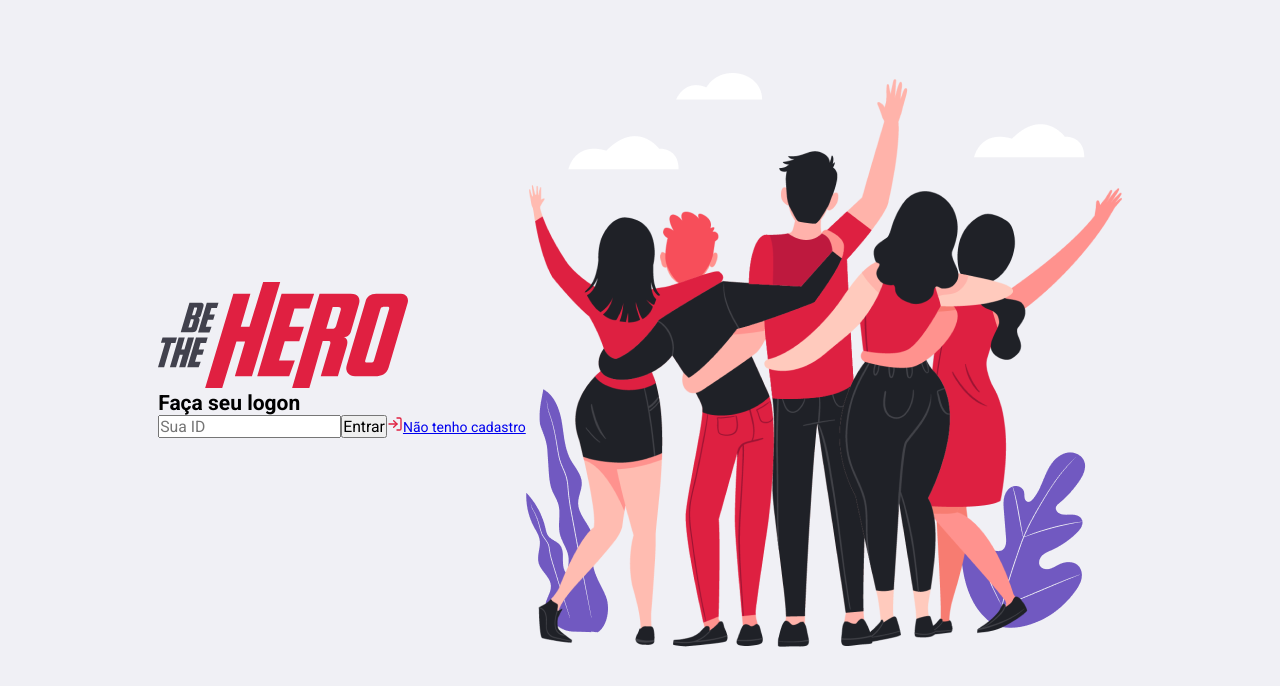
Repository: lucas-silva-dev/be-the-hero
Page: / (app in frontend/)
The author's editor kept a copy of each file at every save. The page is drawn from the files as they stood at one save, then again after the next save.
The browser window is 1280 px wide. The pictures show the whole page.
The project was rebuilt for these pictures with package versions that can differ from the ones it lists, and the page was loaded fresh each time.

Above is the page before, as saved 2020-03-25 22:08:41.

### frontend/public/index.html
<!DOCTYPE html>
<html lang="en">

<head>
  <meta charset="utf-8" />
  <!-- <link rel="icon" href="%PUBLIC_URL%/favicon.ico" /> -->
  <meta name="viewport" content="width=device-width, initial-scale=1" />
  <meta name="theme-color" content="#000000" />

  <title>Be The Hero</title>
</head>

<body>
  <noscript>You need to enable JavaScript to run this app.</noscript>
  <div id="root"></div>

</body>

</html>

### frontend/src/App.js
import React from 'react';

import './global.css'

import Logon from './pages/Logon'

function App() {
  return (
    <Logon />
  );
}

export default App;

### frontend/src/global.css
@import url("https://fonts.googleapis.com/css?family=Roboto:400,500,700&display=swap");

* {
  margin: 0;
  padding: 0;
  outline: 0;
  box-sizing: border-box;
}

body {
  font: 400 0.875em Roboto, sans-serif;
  background: #f0f0f5;
  -webkit-font-smothing: antialiased;
}

input,
button,
textarea {
  font: 400 1.125em Roboto, sans-serif;
}

button {
  cursor: pointer;
}

### frontend/src/pages/Logon/index.js
import React from 'react';
import { FiLogIn } from 'react-icons/fi';

import './styles.css'

import logoImg from '../../assets/logo.svg'
import heroesImg from '../../assets/heroes.png'

export default function Logon() {
  return (
    <div className="logon-container">
      <section className="form">
        <img src={logoImg} alt="Be The Hero Logo" />

        <form action="">
          <h1>Faça seu logon</h1>

          <input placeholder="Sua ID" />
          <button type="submit">Entrar</button>

          <a href="/register">
            <FiLogIn size={16} color="#E02041" />
            Não tenho cadastro
          </a>
        </form>
      </section>

      <img src={heroesImg} alt="Heroes" />
    </div>
  );
}

### frontend/src/pages/Logon/styles.css
.logon-container {
  width: 100%;
  max-width: 1120px;
  height: 100vh;
  margin: 0 auto;

  display: flex;
  align-items: center;
  justify-content: center;
}

Loaded but not shown: frontend/src/index.js (common file)

After the next save:
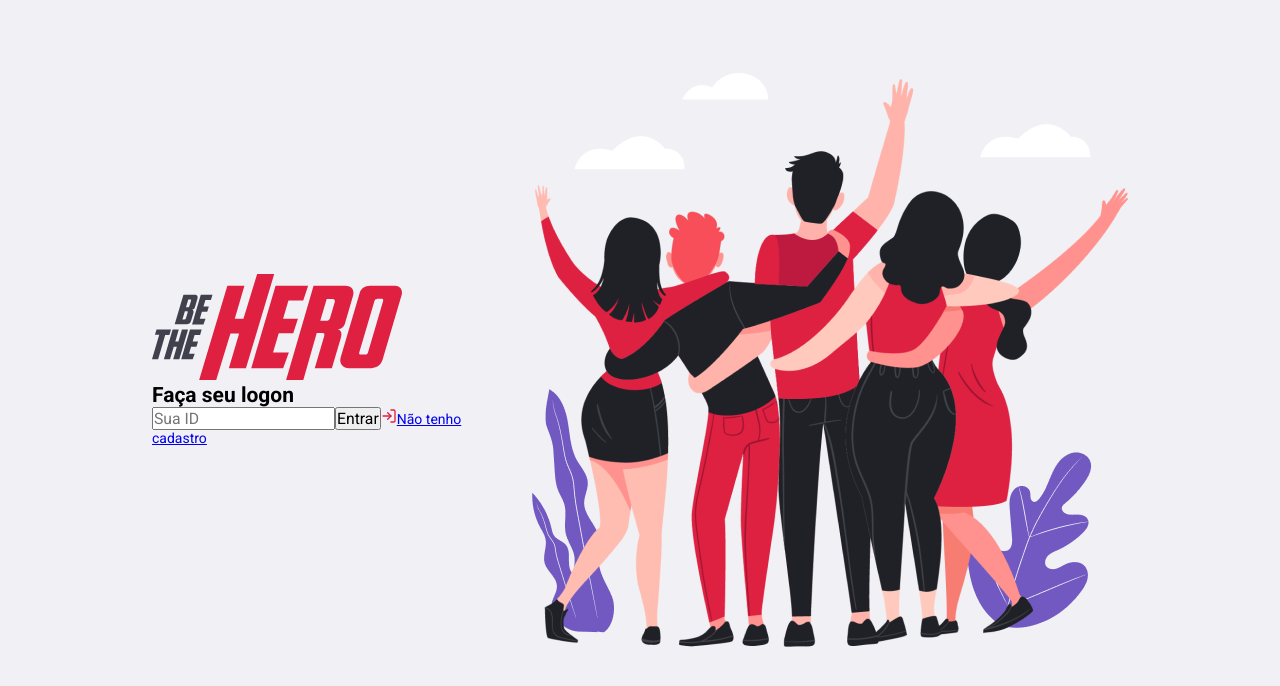
Saved 68 s later.
--- a/frontend/src/pages/Logon/styles.css
+++ b/frontend/src/pages/Logon/styles.css
@@ -8,3 +8,9 @@
   align-items: center;
   justify-content: center;
 }
+
+.logon-container section.form {
+  width: 100%;
+  max-width: 350px;
+  margin-right: 30px;
+}
